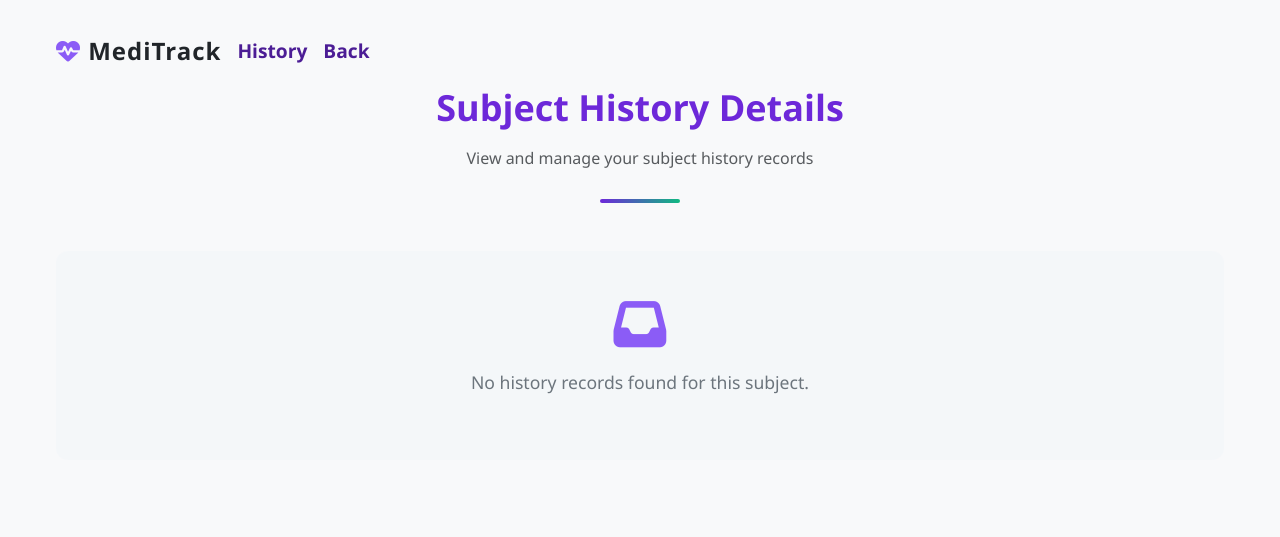
Repository: krishgobi/MedicoApp
Page: templates/subject_history_details.html
An editor plug-in stored every save of this project. The page is shown before and after the next save, followed by the edit.
The browser window is 1280 px wide. The pictures show the whole page.
The page is served by the project's application, run on Flask 3 (chatbot_gemini_backend.py). The template is opened directly, without the code that normally fills it, so the values that code supplies are empty.

Above is the page before, as saved 2025-06-24 19:11:10.

After the next save:
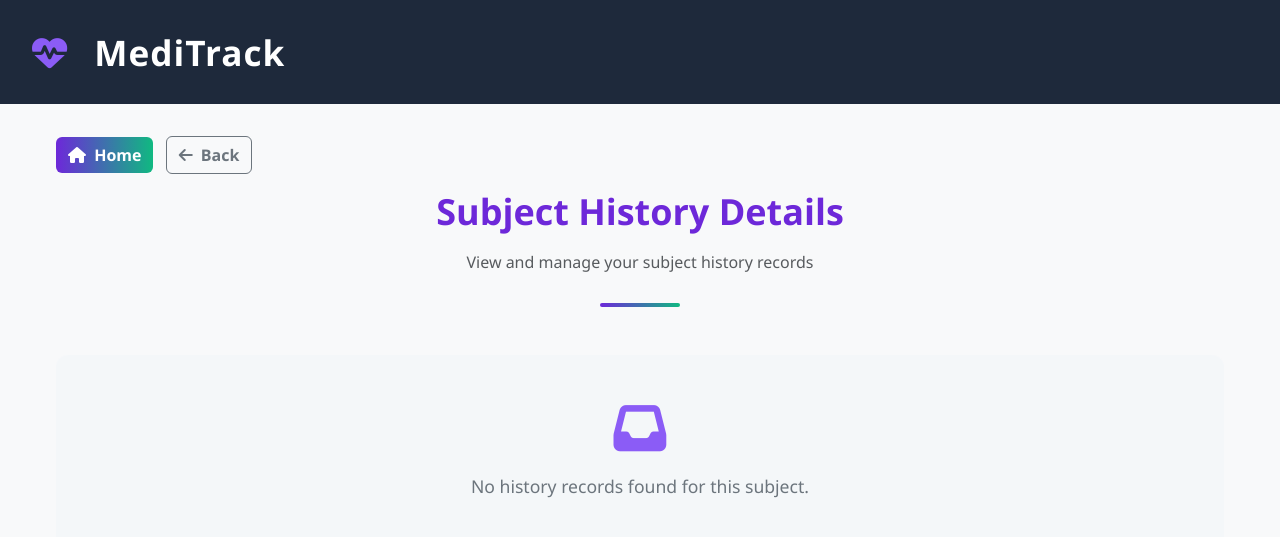
Saved 19 s later.
--- a/templates/subject_history_details.html
+++ b/templates/subject_history_details.html
@@ -265,14 +265,23 @@
     </style>
 </head>
 <body>
+    <nav style="background: var(--dark); padding: 1.5rem 2rem; display: flex; align-items: center;">
+        <span class="sidebar-brand" style="font-size:2.2rem; color:white; font-weight:900; letter-spacing:1px;">
+            <i class="fas fa-heartbeat" style="color:var(--primary-light); font-size:2.2rem; margin-right:1rem;"></i> MediTrack
+        </span>
+    </nav>
     <div class="main-container">
         <div class="d-flex justify-content-between align-items-center mb-3">
-            <div class="d-flex align-items-center gap-3">
-                <span class="navbar-brand" style="font-size:1.5rem;font-weight:700;letter-spacing:1px;"><i class="fas fa-heartbeat" style="color:var(--primary-light);"></i> MediTrack</span>
-                <span style="font-size:1.2rem;font-weight:600;color:var(--primary-dark);">History</span>
-                <span style="font-size:1.2rem;font-weight:600;color:var(--primary-dark);cursor:pointer;" onclick="window.history.back()">Back</span>
+            <div>
+                <a href="/dashboard" class="btn btn-primary me-2" style="background: linear-gradient(90deg, var(--primary) 0%, var(--secondary) 100%); border: none; font-weight: 600;">
+                    <i class="fas fa-home me-1"></i> Home
+                </a>
+                <button onclick="window.history.back()" class="btn btn-outline-secondary" style="font-weight: 600;">
+                    <i class="fas fa-arrow-left me-1"></i> Back
+                </button>
             </div>
         </div>
+
         <div class="page-header">
             <h1>Subject History Details</h1>
             <p class="text-muted">View and manage your subject history records</p>
